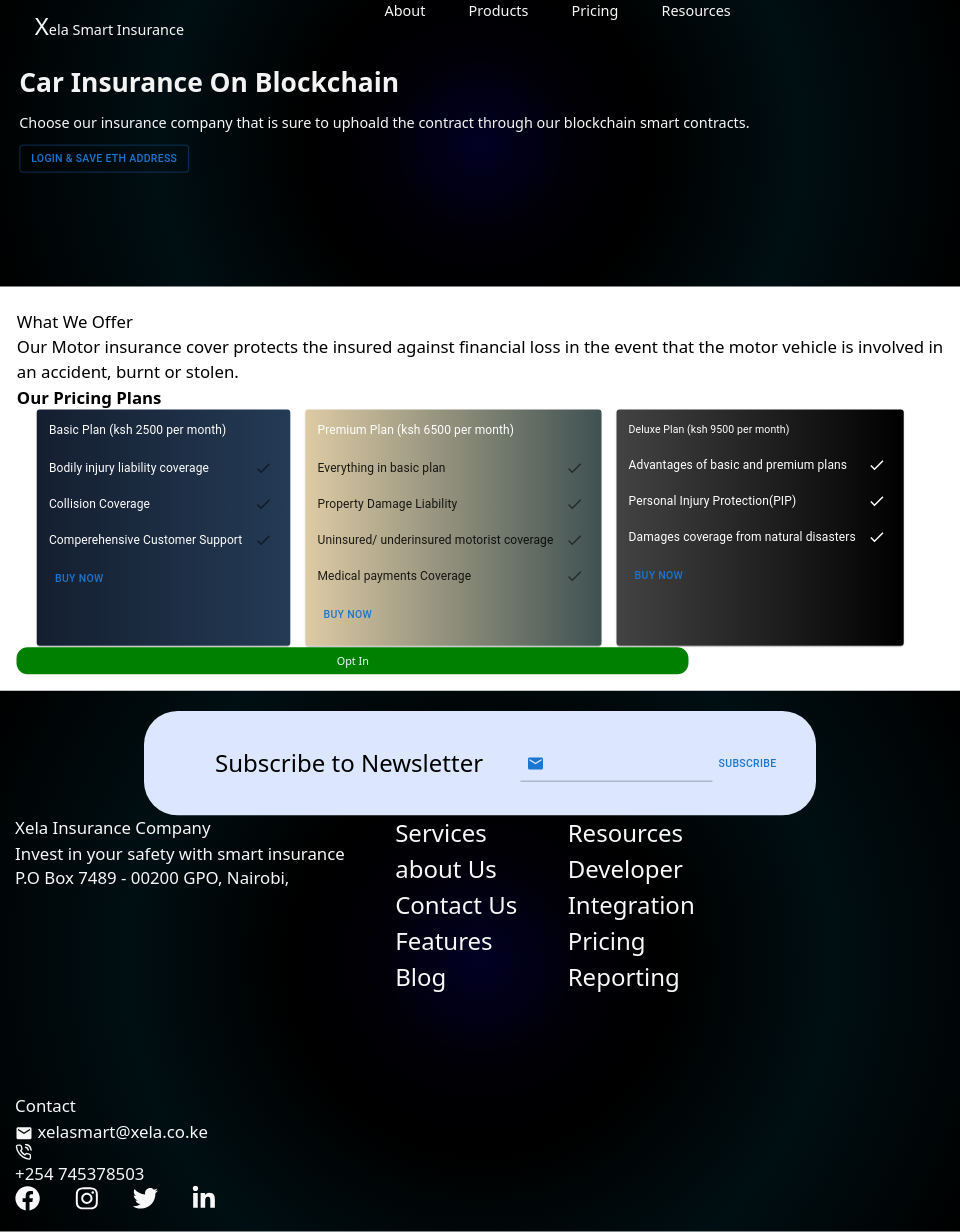
Repository: ALVIN-OBONYO/Xela-smart_insuarance
Page: / (app in frontend/)
An editor plug-in stored every save of this project. The page is shown before and after the next save, followed by the edit.
The browser window is 1280 px wide. The pictures show the whole page, at 75% of full size.
The project was rebuilt for these pictures with package versions that can differ from the ones it lists, and the page was loaded fresh each time. Also part of the build but not shown: frontend/src/Pages/Policies.jsx, frontend/src/Components/Calendar.css, frontend/src/Components/Calendar.jsx, frontend/src/Components/Input.js, frontend/src/Components/Upload.css, frontend/src/Components/Upload.js, frontend/src/Pages/ReportForm.jsx, frontend/src/Pages/Report.jsx and 2 more.

Above is the page before, as saved 2022-10-04 08:45:49.

### frontend/public/index.html
<!DOCTYPE html>
<html lang="en">
  <head>
    <meta charset="utf-8" />
    <link rel="icon" href="%PUBLIC_URL%/favicon.ico" />
    <meta name="viewport" content="width=device-width, initial-scale=1" />
    <meta name="theme-color" content="#000000" />
    <meta
      name="description"
      content="Web site created using create-react-app"
    />
    <link rel="apple-touch-icon" href="%PUBLIC_URL%/logo192.png" />
    <!--
      manifest.json provides metadata used when your web app is installed on a
      user's mobile device or desktop. See https://developers.google.com/web/fundamentals/web-app-manifest/
    -->
    <link rel="manifest" href="%PUBLIC_URL%/manifest.json" />
    <!--
      Notice the use of %PUBLIC_URL% in the tags above.
      It will be replaced with the URL of the `public` folder during the build.
      Only files inside the `public` folder can be referenced from the HTML.

      Unlike "/favicon.ico" or "favicon.ico", "%PUBLIC_URL%/favicon.ico" will
      work correctly both with client-side routing and a non-root public URL.
      Learn how to configure a non-root public URL by running `npm run build`.
    -->
    <title>React App</title>
  </head>
  <body>
    <noscript>You need to enable JavaScript to run this app.</noscript>
    <link
    href="https://unpkg.com/tailwindcss@^1.0/dist/tailwind.min.css"
    rel="stylesheet"
  />
  <script
    src="https://cdnjs.cloudflare.com/ajax/libs/web3/1.6.1/web3.min.js"
    integrity="sha512-5erpERW8MxcHDF7Xea9eBQPiRtxbse70pFcaHJuOhdEBQeAxGQjUwgJbuBDWve+xP/u5IoJbKjyJk50qCnMD7A=="
    crossorigin="anonymous"
    referrerpolicy="no-referrer"
  ></script>
    <div id="root"></div>
    <!--
      This HTML file is a template.
      If you open it directly in the browser, you will see an empty page.

      You can add webfonts, meta tags, or analytics to this file.
      The build step will place the bundled scripts into the <body> tag.

      To begin the development, run `npm start` or `yarn start`.
      To create a production bundle, use `npm run build` or `yarn build`.
    -->
  </body>
</html>

### frontend/src/index.js
import React from 'react';
import ReactDOM from 'react-dom/client';
import './index.css';
import App from './App';
import reportWebVitals from './reportWebVitals';
import { BrowserRouter } from 'react-router-dom';
const root = ReactDOM.createRoot(document.getElementById('root'));
root.render(
  <React.StrictMode>
     <BrowserRouter>
       <App />
    </BrowserRouter>
  </React.StrictMode>
);

// If you want to start measuring performance in your app, pass a function
// to log results (for example: reportWebVitals(console.log))
// or send to an analytics endpoint. Learn more: https://bit.ly/CRA-vitals
reportWebVitals();

### frontend/src/App.jsx
import './App.css';
import RoutePages from './Components/RoutePages';

function App() {
  return (
    <div className="App">
      <RoutePages/>
    </div>
  );
}

export default App;

### frontend/src/Components/RoutePages.jsx
import React from 'react'
import { Routes, Route} from 'react-router-dom'
import EntryPage from '../Pages/Entrypage'
import PolicyMaker from '../Pages/Policies'
import ReportForm from '../Pages/ReportForm'
import Report from '../Pages/Report'
import ReportInfo from '../Pages/ReportInfo'
import FormPagination from './FormPagination'
const RoutePages = () => {
    return (


   <Routes>

    <Route exact path="/" element={<EntryPage />} />
    <Route path="policy" element={<PolicyMaker />} />

    <Route path="report/2" element={<ReportForm/> } />
    <Route path="report/1" element={<ReportInfo />} />
    <Route path="report/*" element={<FormPagination />} />

   </Routes>


    )
}

export default RoutePages

### frontend/src/Pages/Entrypage.jsx
import React, {useState, useRef} from 'react'
import "../Components/Navbar.css"
import { FaTimes, FaBars, FaInstagram, FaTwitter, FaLinkedinIn, FaFacebook, } from 'react-icons/fa'
import {FiPhoneCall} from 'react-icons/fi'
import { Link} from 'react-router-dom'
import { loginWithEth } from '../Services/LoginWithEth'
import { truncateAddress } from '../Services/TruncateAddress'
import Web3 from 'web3'
import { getContractSymbol } from '../Services/Contract'
import TextField from '@mui/material/TextField'
import Button from "@mui/material/Button"
import FormGroup from "@mui/material/FormGroup"
import PlanCard from "../Components/Cards"
import EmailIcon from "@mui/icons-material/Email"
import { IconButton, InputAdornment } from '@mui/material'
import Typography from '@mui/material/Typography'
const Entrypage = () => {
        const [navButton, setNavButton] = useState(false)
        const [policy, setPolicy] = useState("")
        const switchNavState = () => setNavButton(!navButton)
        const buttonLogout = useRef(null)
        const yourAddress = useRef()
        window.userAddress = null



        window.onload = async () => {
            if (window.ethereum) {
                window.web3 = new Web3(window.ethereum)
            } else {
                alert("No ETH browser extension detected.")
            }
        }

        function showAddress() {
          if (!window.userAddress) {
            yourAddress.current.innerText = ""
            buttonLogout.current.classList.add("hidden")
             return false
        }

        yourAddress.innerText = `ETH Address: ${truncateAddress(window.userAddress)}`
        buttonLogout.classList.remove("hidden")
    }

         function logout() {
            window.userAddress = null
            window.localStorage.removeItem(buttonLogout)
            showAddress()
}

    return (
        <>
        <header>
        <nav id="my-nav">
        <h1 className='brand'><span className='X'>X</span>ela Smart Insurance</h1>
        <div className='toogleNav' onClick={switchNavState} >{navButton ?
        <div id="bars">

            <FaBars size="2.5em"/>
            </div> :
            <div className = "navflex">
            <div id="times">
                <FaTimes />
                </div>
            <h4>About</h4>
            <h4>Products</h4>
            <h4>Pricing</h4>
            <h4>Resources</h4>
            </div>

}
        </div>
        <div className='nav-section'>
            <h4>About</h4>
            <h4>Products</h4>
            <h4>Pricing</h4>
            <h4>Resources</h4>
        </div>
        </nav>
        <section className="top-descr" id='top'>
            <h1 id="top-h3">Car Insurance On Blockchain</h1>
            <p id="top-pg">Choose our insurance company that is sure to uphoald the contract through our blockchain smart contracts.</p>
            <div id="policy-sec">
                {/* <FormGroup row >
               <TextField
                variant="outlined"
                placeholder='Enter your policy number'
                sx={{
                    borderRadius: 0,
                    padding: 0
                }}
                />
                <Button variant="contained" sx={{
                    borderRadius: 0,
                    padding: "6px"
                }}>Verify</Button>
                    </FormGroup> */}

            <Button variant="outlined" onClick={loginWithEth}>Login & Save ETH Address
                </Button>
                <p id="userAddress" className="text-gray-600" ref={yourAddress}></p>
                <button id="logoutButton" onClick={logout} className="hidden text-blue-500 underline" ref={buttonLogout}>Logout</button>
                           </div>
        </section>
        </header>
        <div className='about-descr' id="descr">
            <h2>What We Offer</h2>
            <p>
            Our Motor insurance cover protects the insured against financial loss in the event that the motor vehicle is involved in an accident, burnt or stolen.</p>

            <p>


<b>Our Pricing Plans</b>
</p>
<PlanCard />
            <Link to="/policy"><button id="buy-policy" onClick={getContractSymbol}>Opt In</button></Link>
        </div>
        <div id="land-footer">
            <div className="news-mail">
                <h2>Subscribe to Newsletter</h2>

                     <TextField
                       variant="standard"
                       id='input-with-icon-textfield'
                       InputProps={{
                        startAdornment: (
                            <InputAdornment position="start">
                                <IconButton edge="end" color='primary'>
                                    <EmailIcon />
                                </IconButton>

                            </InputAdornment>
                        )
                       }}

                       />
                        <Button>Subscribe</Button>


            </div>
            <div className="footer-service">
            <div>
                <h2>Xela Insurance Company</h2>
                <p>Invest in your safety with smart insurance</p>
                <h4>P.O Box 7489 - 00200 GPO, Nairobi,</h4>
            </div>
            <div className='footer-sect'>
                <h2>Services</h2>
                <ul className='sect-bottom'>
                <li>about Us</li>
                <li>Contact Us</li>
                <li>Features</li>
                <li>Blog</li>
                </ul>
            </div>
            <div className='footer-sect'>
                <h2>Resources</h2>
                <ul className="sect-bottom">
                <li>Developer</li>
                <li>Integration</li>
                <li>Pricing</li>
                <li>Reporting</li>
                </ul>
            </div>
            <div>
                <h2>Contact</h2>
                <ul>
                <li><EmailIcon /> xelasmart@xela.co.ke</li>
                <li><FiPhoneCall /> <span>+254 745378503</span></li>
                <li>
                 <div id="social-icons">
                  <FaFacebook size="1.5em"/>
                  <FaInstagram size="1.5em"/>
                  <FaTwitter size="1.5em"/>
                  <FaLinkedinIn size="1.5em"/>
             </div>
                </li>

                </ul>
            </div>

        </div>
        </div>
        </>
    )
}

export default Entrypage

### frontend/src/Components/Navbar.css
nav {
    width: 100vw;
    display: flex;
    justify-content: flex-start;
    align-items: flex-start;
}

.brand {
    flex-grow: 1;
    text-align: start;
    padding-left: 2.9rem;
    margin-top: 0.6rem;
    font-size: 1.2rem;
}

.X {
    font-size: 2rem;

}
.nav-section {
    display: flex;
    flex-grow: 1;
    gap: 3em;
    font-size: 1.2rem;
    padding-right: 2em;
    justify-content: flex-start;
    align-items: center;
}
.top-descr  {
    margin-top: 0;
    padding: 1em;
    text-align: justify;
    font-size: 1.6rem;
    height: 45vh;

}


#descr {
    margin-top: 0.5rem;
    padding: 1em;
    text-align: justify;
    font-size: 1.4rem;

}

#top > h1 {
    font-size: 2.2rem;
    font-weight: 700;
    color: rgba(255, 255, 255, 0.952);
    margin-bottom: 0.4em;

}
header {
    background: rgb(2,0,36);
background: radial-gradient(circle, rgba(2,0,36,1) 0%, rgba(1,0,5,1) 20%, rgba(0,0,0,1) 35%, rgba(0,15,19,1) 64%, rgba(0,0,0,1) 100%);
    color: rgb(248, 248, 248);
}


#top-pg {

    font-size: 1.2rem;
    margin-bottom: 0.9rem;
}
#policy-sec {
    display: flex;
    gap: 0.8em;

}
input[type=text] {
    flex-grow: 1;
    height: 2.5em;
}
#btn-policy {
    background-color: rgb(0, 39, 90);
    flex-grow: 1;
    color: wheat;
    border: none;
    margin-top: 0.8em;
    border-radius: 5px;
    padding: 0.6rem;
    font-size: 1.4rem;
    font-weight: 500;

}
#buy-policy {
    width: 70vw;
    height: 2.5em;
    border: none;
    background-color: #008000;
    color:aliceblue;
    font-size: 0.9rem;
    border-radius: 15px;
}
#social-icons {
    display: flex;
    gap: 2em;
}
#land-footer {
    background: rgb(2,0,36);
    background: radial-gradient(circle, rgba(2,0,36,1) 0%, rgba(1,0,5,1) 20%, rgba(0,0,0,1) 35%, rgba(0,15,19,1) 64%, rgba(0,0,0,1) 100%);
    color: rgb(248, 248, 248);
    position: relative;
    padding: 1.2em  0.9em;
    font-size: 1.4rem;
    /* display: flex;
    justify-content: center;
    align-items: center; */
}

.news-mail {
    display: flex;
    background-color: rgb(220, 230, 255);
    color: rgb(0, 0, 0);
    flex-direction: row;
    flex-wrap: wrap;
    padding: 2em;
    max-width: 70vw;
    border-radius: 2em;
    margin: auto;

}

.news-mail > h2 {
    flex-grow: 1;
    font-size: 2rem;
}

.footer-service {
    display: flex;
    flex-direction: row;
    flex-wrap: wrap;
    gap: 3em;
    text-align: justify;
}

.footer-sect {
    font-size: 2rem;
    margin-bottom: 2em;
}
.navflex {
    display: flex;
    flex-direction: column;
    justify-content: center;
    align-items: center;
    gap: 2em;
    background-color: rgba(19, 20, 27, 0.918);
    color: white;
    width: 100vw;
    height: 100vh;
    right: 0;
    top: 0;
    position: absolute;
    text-transform: uppercase;
    /* animation-name: ${navanim}; */
}
@media screen and (max-width: 600px){
   .nav-section {

      display: none;
   }

   .footer-service {
    flex-direction: column;
    justify-content: center;
    align-items: center;
   }

}

@media screen and (min-width: 600px){
    .toogleNav {
        display: none;
        padding: 1.3em;
    }
}

### frontend/src/Services/LoginWithEth.js
import { showAddress } from "./showAddress";
export async function loginWithEth() {
    if (window.web3) {
        try {
            const selectedAccount = await window.ethereum.request({
                method: "eth_requestAccounts"
            })
            .then((accounts) => accounts[0])
            .catch(() => {
                throw Error("No account selected!")
            })

          window.userAddress = selectedAccount;
          window.localStorage.setItem("userAddress", selectedAccount);
        //   showAddress()
        }
        catch (error) {
            console.error(error)
        }
    } else {
        alert("No ETH browser extension detected.");
    }
}

### frontend/src/Services/TruncateAddress.js
export function truncateAddress(address) {
    if (!address) {
        return "";
    }
    return `${address.substr(0, 5)}...${address.substr(
        address.length - 5,
        address.length
      )}`;
}

### frontend/src/Services/Contract.js
window.ABI = require('./contract-abi.json')
export async function getContractSymbol() {
    const CONTRACT_ADDRESS = "0x1A5b30a61CED9B4D9c209E7F1d2fbD38657f8EB1"

    const contract = new window.web3.eth.Contract(
        window.ABI,
        CONTRACT_ADDRESS
    )

    const symbol = await contract.methods.symbol().call({
        from: window.userAddress    })

    alert(`Contract ${CONTRACT_ADDRESS} Symbol: ${symbol}`);
}

### frontend/src/Components/Cards.jsx
import * as React from 'react'
import Box from '@mui/material/Box'
import Card from '@mui/material/Card'
import CardActions from '@mui/material/CardActions'
import CardContent from '@mui/material/CardContent'
import Button from '@mui/material/Button'
import Typography from '@mui/material/Typography'
import {MdDone} from 'react-icons/md'
import List from '@mui/material/List'
import ListItem from '@mui/material/ListItem'
import ListItemText from '@mui/material/ListItemText'
import  IconButton  from '@mui/material/IconButton'

const planValues = [
    {id: 1, text: "Bodily injury liability coverage"},
    {id: 2, text: "Collision Coverage"},
    {id: 3, text: "Comperehensive Customer Support"}

]

const premium = [
    {id: 1, text: "Everything in basic plan"},
    {id: 2, text: "Property Damage Liability"},
    {id: 3, text: "Uninsured/ underinsured motorist coverage"},
    {id: 3, text: "Medical payments Coverage"},
]

const deluxe = [
    {id: 1, text: "Advantages of basic and premium plans"},
    {id: 2, text: "Personal Injury Protection(PIP)"},
    {id: 3, text: "Damages coverage from natural disasters"},

]
const PlanCard = () => {
    return (
        <Box sx={{ display: "flex", mx: "1.2em", flexDirection: "row", flexWrap: "wrap", gap: "0.9em"}}>
        <Card sx={{background: 'linear-gradient(to right, #141e30, #243b55)', color: 'white'}}>
        <CardContent>
            <Typography sx={{ fontSize: 16}} color="text.primary             " gutterBottom>
                Basic Plan   (ksh 2500 per month)
            </Typography>
            <List sx={{ width: '100%'}}>
                {planValues.map((elem)=> (
                <ListItem key={elem.id} disableGutters secondaryAction={
                    <IconButton>
                        <MdDone />
                    </IconButton>
                }>
                <ListItemText primary={elem.text} />
                </ListItem>
                ))}
            </List>
            <Button>Buy Now</Button>
        </CardContent>
        </Card>
        <Card sx={{background: "linear-gradient(to right, #DECBA4, #3E5151)"}}>
        <CardContent>
            <Typography sx={{ fontSize: 16}} color="white" gutterBottom>
                Premium Plan   (ksh 6500 per month)
            </Typography>
            <List sx={{ width: '100%'}}>
                {premium.map((elem)=> (
                <ListItem key={elem.id} disableGutters secondaryAction={
                    <IconButton>
                        <MdDone />
                    </IconButton>
                }>
                <ListItemText primary={elem.text} />
                </ListItem>
                ))}
            </List>
            <Button>Buy Now</Button>
        </CardContent>
        </Card>
        <Card sx={{background: "linear-gradient(to right, #434343 0%, black 100%)", color: "white"}}>
        <CardContent>
            <Typography sx={{ fontSize: 14}} color="white" gutterBottom>
                Deluxe Plan   (ksh 9500 per month)
            </Typography>
            <List sx={{ width: '100%'}}>
                {deluxe.map((elem)=> (
                <ListItem key={elem.id} disableGutters secondaryAction={
                    <IconButton>
                        <MdDone color="white"/>
                    </IconButton>
                }>
                <ListItemText primary={elem.text} />
                </ListItem>
                ))}
            </List>
            <Button>Buy Now</Button>
        </CardContent>
        </Card>
        </Box>
    )
}

export default PlanCard

Loaded but not shown: frontend/src/index.css (common file); frontend/src/reportWebVitals.js (common file); frontend/src/App.css (common file); frontend/src/Services/contract-abi.json (501 lines, source omitted); frontend/src/Services/showAddress.js (no stored copy; drawn as an empty file)

After the next save:
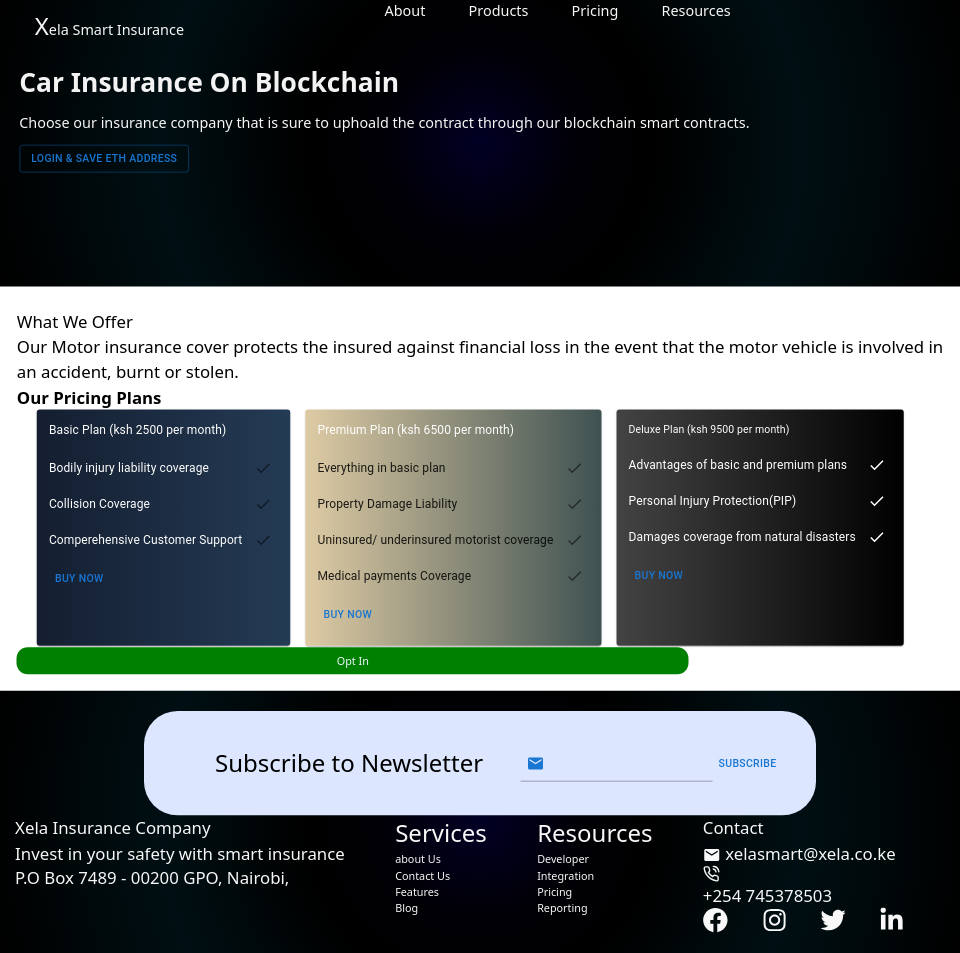
Saved 60 s later.
--- a/frontend/src/Components/Navbar.css
+++ b/frontend/src/Components/Navbar.css
@@ -137,7 +137,11 @@ input[type=text] {
 
 .footer-sect {
     font-size: 2rem;
-    margin-bottom: 2em;
+
+}
+
+.sect-bottom {
+    font-size: 0.9rem;
 }
 .navflex {
     display: flex;
